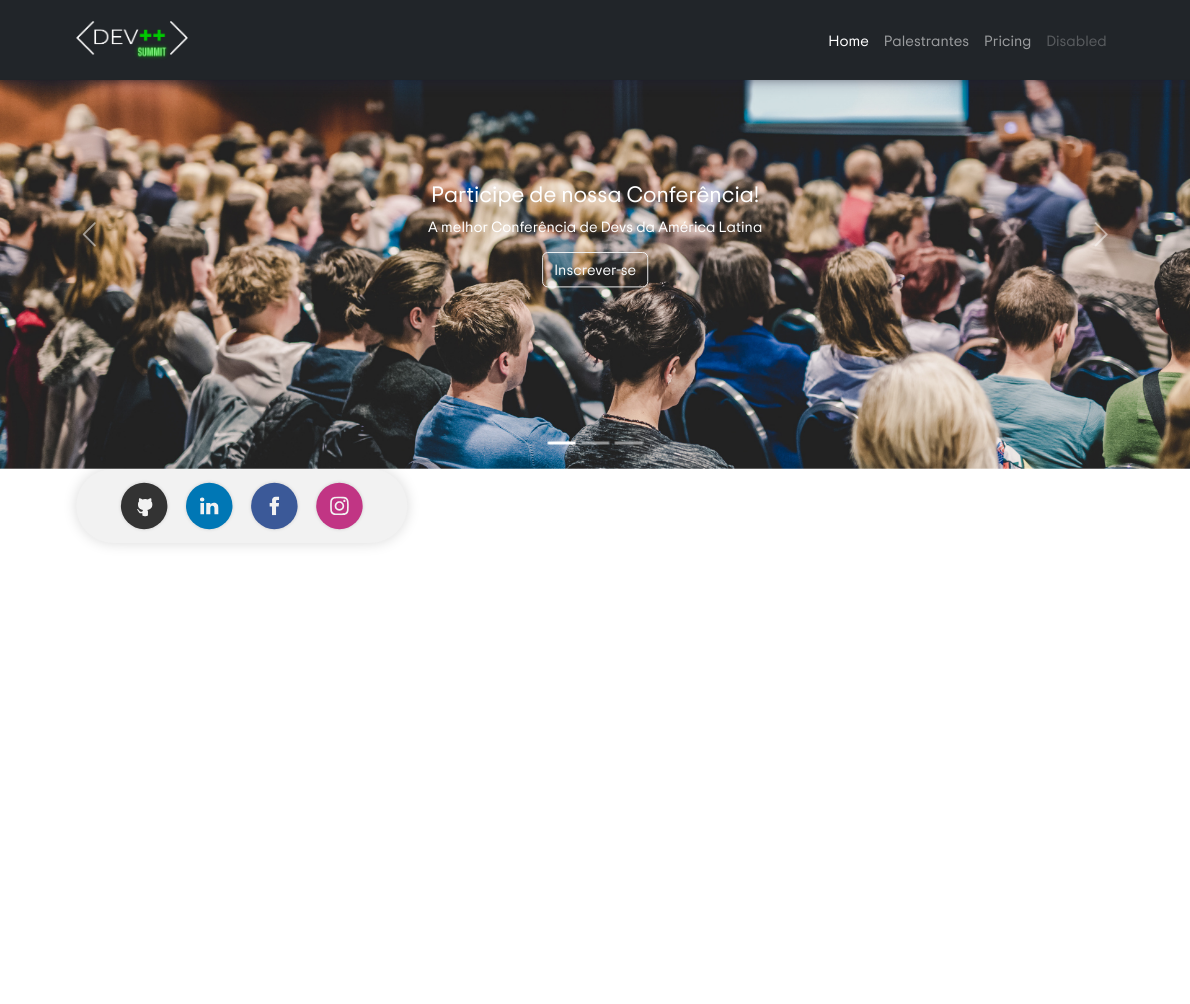
Repository: GScholl/ProjetoWeb_
Page: index.html
The author's editor kept a copy of each file at every save. The page is drawn from the files as they stood at one save, then again after the next save.
The browser window is 1280 px wide. The pictures show the whole page, at 93% of full size.

Above is the page before, as saved 2023-08-23 10:27:38.

### index.html
<!DOCTYPE html>
<html lang="pt-BR">

<head>
  <meta charset="UTF-8">
  <meta name="viewport" content="width=device-width, initial-scale=1.0">
  <title>Dev+</title>
  <link rel="stylesheet" href="/Bootstrap/css/bootstrap.min.css">
  <link rel="stylesheet" href="/css/style.css">
</head>

<body>
  <nav class="navbar navbar-expand-lg fixed-top navbar-dark bg-dark t">
    <div class="container d-flex  flex-row  justify-content-between">


      <a class="navbar-brand" href="#"><img src="/img/DEV+.png" alt="logotipo da conferência" class="logo"></a>
      <button class="navbar-toggler" type="button" data-bs-toggle="collapse" data-bs-target="#navbarNav"
        aria-controls="navbarNav" aria-expanded="false" aria-label="Toggle navigation">
        <span class="navbar-toggler-icon"></span>
      </button>

      <div class="collapse navbar-collapse justify-content-end " id="navbarNav">
        <ul class="navbar-nav">
          <li class="nav-item">
            <a class="nav-link active" aria-current="page" href="#">Home</a>
          </li>
          <li class="nav-item">
            <a class="nav-link" href="#">Palestrantes</a>
          </li>
          <li class="nav-item">
            <a class="nav-link" href="#">Pricing</a>
          </li>
          <li class="nav-item">
            <a class="nav-link disabled">Disabled</a>
          </li>
        </ul>
      </div>

    </div>
  </nav>
  <div id="carouselExampleCaptions" class="carousel slide" data-bs-ride="false">
    <div class="carousel-indicators">
      <button type="button" data-bs-target="#carouselExampleCaptions" data-bs-slide-to="0" class="active"
        aria-current="true" aria-label="Slide 1"></button>
      <button type="button" data-bs-target="#carouselExampleCaptions" data-bs-slide-to="1"
        aria-label="Slide 2"></button>
      <button type="button" data-bs-target="#carouselExampleCaptions" data-bs-slide-to="2"
        aria-label="Slide 3"></button>
    </div>

    <div class="carousel-inner">
      <div class="carousel-item active  item-1">

        <div
          class="text-white w-h-100 z-3 d-none text-center d-md-flex align-content-center flex-column justify-content-center">
          <div class="container">
            <h4>Participe de nossa Conferência!</h4>
            <p>A melhor Conferência de Devs da América Latina</p>
            <button class="btn btn-outline-light">Inscrever-se</button>
          </div>
        </div>
      </div>
      <div class="carousel-item item-2 ">

        <div
          class="text-white w-h-100 z-3 d-none text-center d-md-flex align-content-center flex-column justify-content-center">
          <div class="container">
            <h4>Participe de nossa Conferência!</h4>
            <p>A melhor Conferência de Devs da América Latina</p>
            <button class="btn btn-outline-light">Inscrever-se</button>
          </div>
        </div>
      </div>
      <div class="carousel-item  item-3">

        <div
          class="text-white w-h-100 z-3 d-none text-center d-md-flex align-content-center flex-column justify-content-center">
          <div class="container">
            <h4>Participe de nossa Conferência!</h4>
            <p>A melhor Conferência de Devs da América Latina</p>
            <button class="btn btn-outline-light">Inscrever-se</button>
          </div>
        </div>
      </div>
    </div>
    <button class="carousel-control-prev" type="button" data-bs-target="#carouselExampleCaptions" data-bs-slide="prev">
      <span class="carousel-control-prev-icon" aria-hidden="true"></span>
      <span class="visually-hidden">Previous</span>
    </button>
    <button class="carousel-control-next" type="button" data-bs-target="#carouselExampleCaptions" data-bs-slide="next">
      <span class="carousel-control-next-icon" aria-hidden="true"></span>
      <span class="visually-hidden">Next</span>
    </button>
  </div>
  <section>
    <div class="container">
      <div class="row">
        <div class="col-lg-4 col-sm-12 col-md-6">
          <div class="card-palestrante"></div>
          <div class="redes-sociais">
            <a href="#" class="social-button github">
              <svg class="cf-icon-svg" xmlns="http://www.w3.org/2000/svg" viewBox="-2.5 0 19 19">
                <path
                  d="M9.464 17.178a4.506 4.506 0 0 1-2.013.317 4.29 4.29 0 0 1-2.007-.317.746.746 0 0 1-.277-.587c0-.22-.008-.798-.012-1.567-2.564.557-3.105-1.236-3.105-1.236a2.44 2.44 0 0 0-1.024-1.348c-.836-.572.063-.56.063-.56a1.937 1.937 0 0 1 1.412.95 1.962 1.962 0 0 0 2.682.765 1.971 1.971 0 0 1 .586-1.233c-2.046-.232-4.198-1.023-4.198-4.554a3.566 3.566 0 0 1 .948-2.474 3.313 3.313 0 0 1 .091-2.438s.773-.248 2.534.945a8.727 8.727 0 0 1 4.615 0c1.76-1.193 2.532-.945 2.532-.945a3.31 3.31 0 0 1 .092 2.438 3.562 3.562 0 0 1 .947 2.474c0 3.54-2.155 4.32-4.208 4.548a2.195 2.195 0 0 1 .625 1.706c0 1.232-.011 2.227-.011 2.529a.694.694 0 0 1-.272.587z">
                </path>
              </svg>
            </a>
            <a href="#" class="social-button linkedin">
              <svg viewBox="0 -2 44 44" version="1.1" xmlns="http://www.w3.org/2000/svg"
                xmlns:xlink="http://www.w3.org/1999/xlink">
                <g id="Icons" stroke="none" stroke-width="1">
                  <g transform="translate(-702.000000, -265.000000)">
                    <path
                      d="M746,305 L736.2754,305 L736.2754,290.9384 C736.2754,287.257796 734.754233,284.74515 731.409219,284.74515 C728.850659,284.74515 727.427799,286.440738 726.765522,288.074854 C726.517168,288.661395 726.555974,289.478453 726.555974,290.295511 L726.555974,305 L716.921919,305 C716.921919,305 717.046096,280.091247 716.921919,277.827047 L726.555974,277.827047 L726.555974,282.091631 C727.125118,280.226996 730.203669,277.565794 735.116416,277.565794 C741.21143,277.565794 746,281.474355 746,289.890824 L746,305 L746,305 Z M707.17921,274.428187 L707.117121,274.428187 C704.0127,274.428187 702,272.350964 702,269.717936 C702,267.033681 704.072201,265 707.238711,265 C710.402634,265 712.348071,267.028559 712.41016,269.710252 C712.41016,272.34328 710.402634,274.428187 707.17921,274.428187 L707.17921,274.428187 L707.17921,274.428187 Z M703.109831,277.827047 L711.685795,277.827047 L711.685795,305 L703.109831,305 L703.109831,277.827047 L703.109831,277.827047 Z"
                      id="LinkedIn">
                    </path>
                  </g>
                </g>
              </svg>
            </a>
            <a href="#" class="social-button facebook">
              <svg version="1.1" id="Layer_1" xmlns="http://www.w3.org/2000/svg"
                xmlns:xlink="http://www.w3.org/1999/xlink" viewBox="0 0 310 310" xml:space="preserve">
                <g id="XMLID_834_">
                  <path id="XMLID_835_" d="M81.703,165.106h33.981V305c0,2.762,2.238,5,5,5h57.616c2.762,0,5-2.238,5-5V165.765h39.064
            c2.54,0,4.677-1.906,4.967-4.429l5.933-51.502c0.163-1.417-0.286-2.836-1.234-3.899c-0.949-1.064-2.307-1.673-3.732-1.673h-44.996
            V71.978c0-9.732,5.24-14.667,15.576-14.667c1.473,0,29.42,0,29.42,0c2.762,0,5-2.239,5-5V5.037c0-2.762-2.238-5-5-5h-40.545
            C187.467,0.023,186.832,0,185.896,0c-7.035,0-31.488,1.381-50.804,19.151c-21.402,19.692-18.427,43.27-17.716,47.358v37.752H81.703
            c-2.762,0-5,2.238-5,5v50.844C76.703,162.867,78.941,165.106,81.703,165.106z"></path>
                </g>
              </svg>
            </a>
            <a href="#" class="social-button instagram">
              <svg width="800px" height="800px" viewBox="0 0 20 20" version="1.1" xmlns="http://www.w3.org/2000/svg"
                xmlns:xlink="http://www.w3.org/1999/xlink">
                <g id="Page-1" stroke="none" stroke-width="1">
                  <g id="Dribbble-Light-Preview" transform="translate(-340.000000, -7439.000000)">
                    <g id="icons" transform="translate(56.000000, 160.000000)">
                      <path
                        d="M289.869652,7279.12273 C288.241769,7279.19618 286.830805,7279.5942 285.691486,7280.72871 C284.548187,7281.86918 284.155147,7283.28558 284.081514,7284.89653 C284.035742,7285.90201 283.768077,7293.49818 284.544207,7295.49028 C285.067597,7296.83422 286.098457,7297.86749 287.454694,7298.39256 C288.087538,7298.63872 288.809936,7298.80547 289.869652,7298.85411 C298.730467,7299.25511 302.015089,7299.03674 303.400182,7295.49028 C303.645956,7294.859 303.815113,7294.1374 303.86188,7293.08031 C304.26686,7284.19677 303.796207,7282.27117 302.251908,7280.72871 C301.027016,7279.50685 299.5862,7278.67508 289.869652,7279.12273 M289.951245,7297.06748 C288.981083,7297.0238 288.454707,7296.86201 288.103459,7296.72603 C287.219865,7296.3826 286.556174,7295.72155 286.214876,7294.84312 C285.623823,7293.32944 285.819846,7286.14023 285.872583,7284.97693 C285.924325,7283.83745 286.155174,7282.79624 286.959165,7281.99226 C287.954203,7280.99968 289.239792,7280.51332 297.993144,7280.90837 C299.135448,7280.95998 300.179243,7281.19026 300.985224,7281.99226 C301.980262,7282.98483 302.473801,7284.28014 302.071806,7292.99991 C302.028024,7293.96767 301.865833,7294.49274 301.729513,7294.84312 C300.829003,7297.15085 298.757333,7297.47145 289.951245,7297.06748 M298.089663,7283.68956 C298.089663,7284.34665 298.623998,7284.88065 299.283709,7284.88065 C299.943419,7284.88065 300.47875,7284.34665 300.47875,7283.68956 C300.47875,7283.03248 299.943419,7282.49847 299.283709,7282.49847 C298.623998,7282.49847 298.089663,7283.03248 298.089663,7283.68956 M288.862673,7288.98792 C288.862673,7291.80286 291.150266,7294.08479 293.972194,7294.08479 C296.794123,7294.08479 299.081716,7291.80286 299.081716,7288.98792 C299.081716,7286.17298 296.794123,7283.89205 293.972194,7283.89205 C291.150266,7283.89205 288.862673,7286.17298 288.862673,7288.98792 M290.655732,7288.98792 C290.655732,7287.16159 292.140329,7285.67967 293.972194,7285.67967 C295.80406,7285.67967 297.288657,7287.16159 297.288657,7288.98792 C297.288657,7290.81525 295.80406,7292.29716 293.972194,7292.29716 C292.140329,7292.29716 290.655732,7290.81525 290.655732,7288.98792"
                        id="instagram-[#167]">

                      </path>
                    </g>
                  </g>
                </g>
              </svg>
            </a>
          </div>
        </div>
        <div class="col-4"></div>
        <div class="col-4"></div>
        <div class="col-4"></div>
        <div class="col-4"></div>
        <div class="col-4"></div>
      </div>
    </div>
  </section>
  <script src="/Bootstrap/js/bootstrap.bundle.min.js"></script>
</body>

</html>

### css/style.css
@font-face {
  font-family: "Trip-sans";
  src: url(/font/TripSans-Regular.ttf);
}
* {
  font-family: "Trip-sans", sans-serif;
  transition: 0.2s all;
}
body{
  height: 150vh;;
}
nav{
  box-shadow: rgba(50, 50, 93, 0.25) 0px 6px 12px -2px, rgba(0, 0, 0, 0.3) 0px 3px 7px -3px;
}
.logo {
  height: 60px;
}
.item-1 {
  background-image: url(/img/1.png);
  height: 70vh;
  background-position: center;
  background-size: cover;
 background-repeat: no-repeat;
 width: 100%;
}
.item-2 {
  background-image: url(/img/2.png);
  height: 70vh;
  background-position: center;
  background-size: cover;
  background-repeat: no-repeat;
   width: 100%;

}
.item-3 {
  background-image: url(/img/3.png);
  height: 70vh;
  background-position: center;
  background-size: cover;
  background-repeat: no-repeat;
   width: 100%;
}
.w-h-100{

  width: 100%;
  height: 100%;;
}

.redes-sociais {
  display: flex;
  justify-content: center;
  align-items: center;
  background-color: #f2f2f2;
  box-shadow: 0px 0px 15px #00000027;
  padding: 15px 10px;
  border-radius: 5em;
}

.social-button {
  display: flex;
  justify-content: center;
  align-items: center;
  width: 50px;
  height: 50px;
  border-radius: 50%;
  margin: 0 10px;
  background-color: #fff;
  box-shadow: 0px 0px 4px #00000027;
  transition: 0.3s;
}

.social-button:hover {
  background-color: #f2f2f2;
  box-shadow: 0px 0px 6px 3px #00000027;
}

.redes-sociais svg {
  transition: 0.3s;
  height: 20px;
}

.facebook {
  background-color: #3b5998;
}

.facebook svg {
  fill: #f2f2f2;
}

.facebook:hover svg {
  fill: #3b5998;
}

.github {
  background-color: #333;
}

.github svg {
  width: 25px;
  height: 25px;
  fill: #f2f2f2;
}

.github:hover svg {
  fill: #333;
}

.linkedin {
  background-color: #0077b5;
}

.linkedin svg {
  fill: #f2f2f2;
}

.linkedin:hover svg {
  fill: #0077b5;
}

.instagram {
  background-color: #c13584;
}

.instagram svg {
  fill: #f2f2f2;
}

.instagram:hover svg {
  fill: #c13584;
}

Loaded but not shown: Bootstrap/css/bootstrap.min.css (library); Bootstrap/js/bootstrap.bundle.min.js (library)

After the next save:
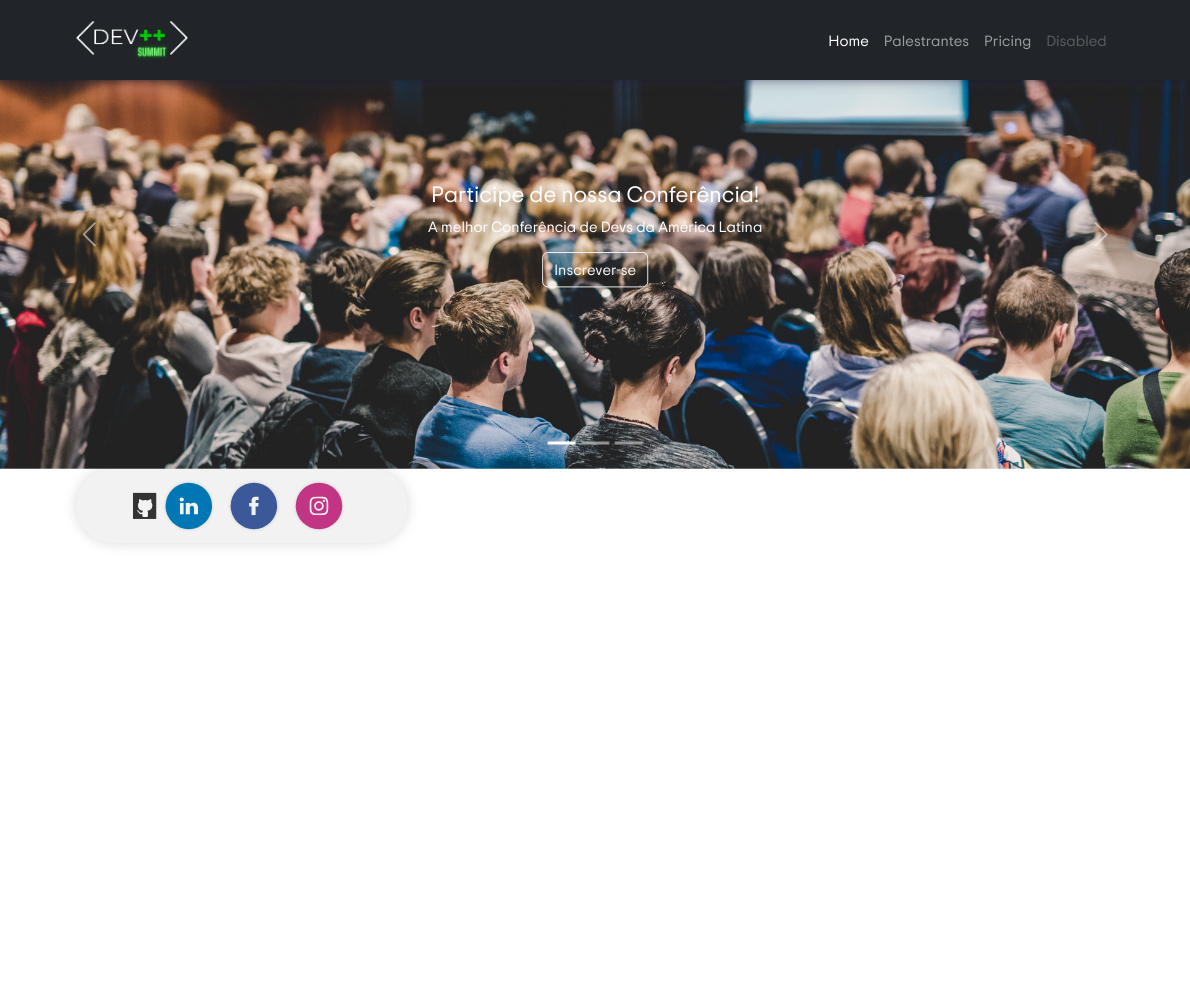
Saved 2 min 23 s later.
--- a/index.html
+++ b/index.html
@@ -99,7 +99,7 @@
         <div class="col-lg-4 col-sm-12 col-md-6">
           <div class="card-palestrante"></div>
           <div class="redes-sociais">
-            <a href="#" class="social-button github">
+            <a href="#" class="botao-rede-social github">
               <svg class="cf-icon-svg" xmlns="http://www.w3.org/2000/svg" viewBox="-2.5 0 19 19">
                 <path
                   d="M9.464 17.178a4.506 4.506 0 0 1-2.013.317 4.29 4.29 0 0 1-2.007-.317.746.746 0 0 1-.277-.587c0-.22-.008-.798-.012-1.567-2.564.557-3.105-1.236-3.105-1.236a2.44 2.44 0 0 0-1.024-1.348c-.836-.572.063-.56.063-.56a1.937 1.937 0 0 1 1.412.95 1.962 1.962 0 0 0 2.682.765 1.971 1.971 0 0 1 .586-1.233c-2.046-.232-4.198-1.023-4.198-4.554a3.566 3.566 0 0 1 .948-2.474 3.313 3.313 0 0 1 .091-2.438s.773-.248 2.534.945a8.727 8.727 0 0 1 4.615 0c1.76-1.193 2.532-.945 2.532-.945a3.31 3.31 0 0 1 .092 2.438 3.562 3.562 0 0 1 .947 2.474c0 3.54-2.155 4.32-4.208 4.548a2.195 2.195 0 0 1 .625 1.706c0 1.232-.011 2.227-.011 2.529a.694.694 0 0 1-.272.587z">
